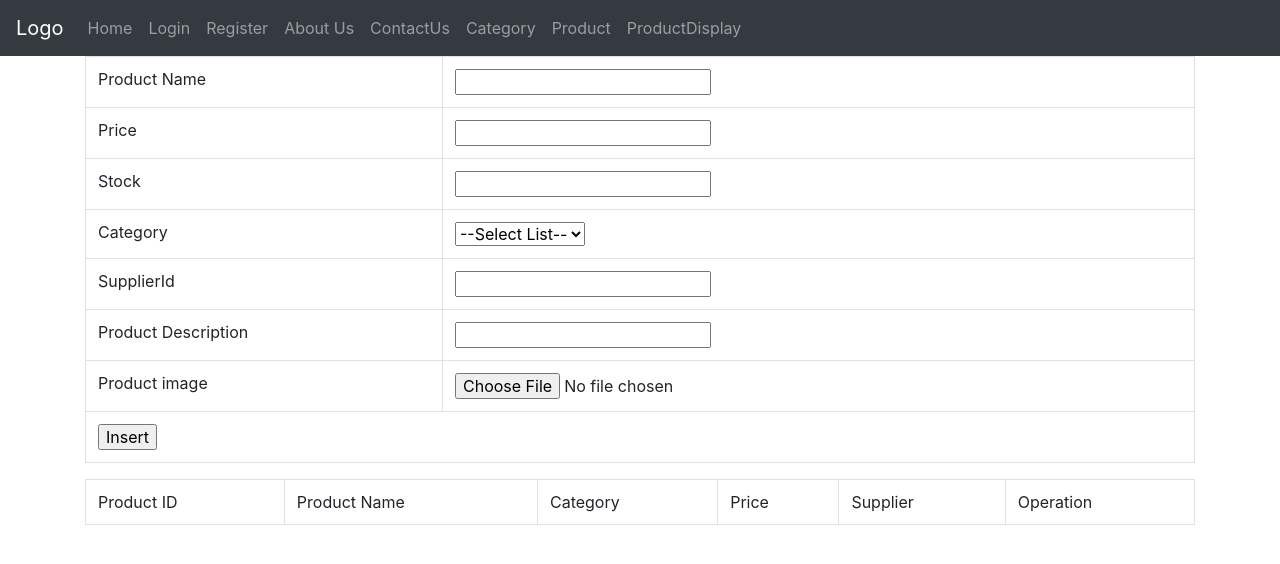
Repository: ramizkhan037/Java-Project
Page: http://localhost/Frontend/WEB-INF/views/Product.jsp
These files come from the project's save history. The page is drawn as it stood at one moment and after the next save; the edit follows.
The browser window is 1280 px wide. The pictures show the whole page.
The page is served by Tomcat 9. Nobody is signed in. The template is opened directly, without the code that normally fills it, so the values that code supplies are empty.

Above is the page before, as saved 2018-12-07 09:56:03.

After the next save:
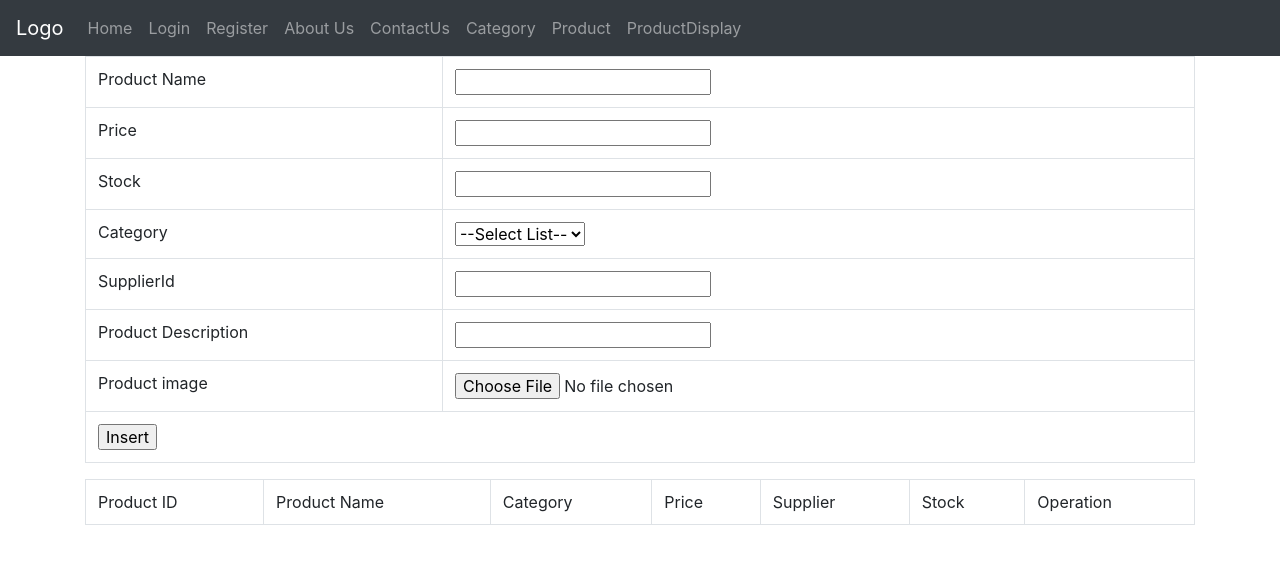
Saved 32 min 26 s later.
--- a/Frontend/src/main/webapp/WEB-INF/views/Product.jsp
+++ b/Frontend/src/main/webapp/WEB-INF/views/Product.jsp
@@ -53,6 +53,7 @@
       <td>Category</td>
       <td>Price</td>
       <td>Supplier</td>
+      <td>Stock</td>
       <td>Operation</td>
 </tr>
 <c:forEach items="${productlist}" var="product">
@@ -60,6 +61,7 @@
     <td>${product.productId}</td>
     <td>${product.productName}</td>
     <td>${product.categoryId}</td>
+    <td>${product.price}</td>
     <td>${product.price}</td>
     <td>${product.supplierId}</td>
     <td>
